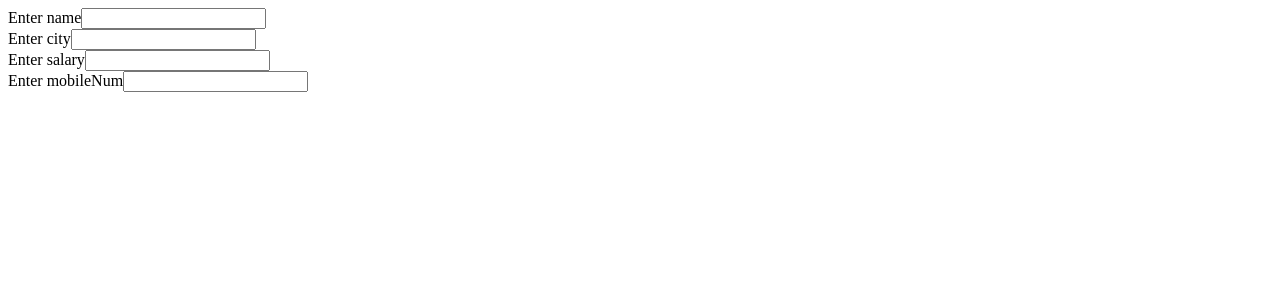
Repository: Kavya-C1/javafulltraning
Page: http://localhost/BasicJspDemo/
An editor plug-in stored every save of this project. The page is shown before and after a run of saves, followed by the edit.
The browser window is 1280 px wide. The pictures show the whole page.
The page is served by Tomcat 9.

Above is the page before, as saved 2024-03-13 07:00:42.

After the next 2 saves:
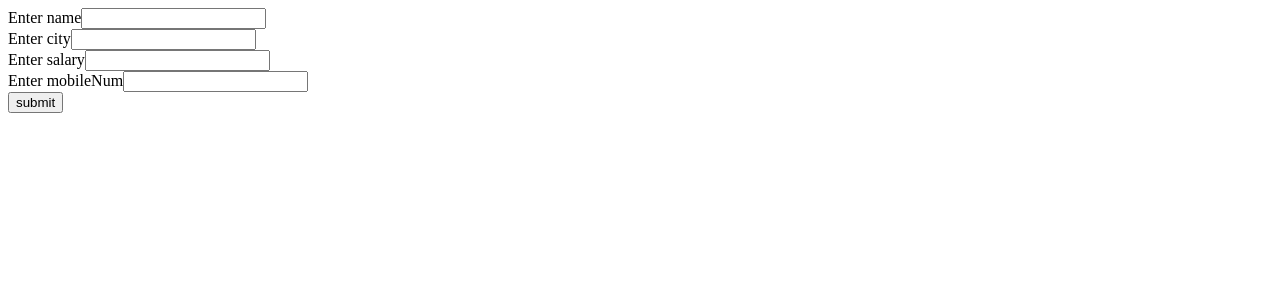
The 2 saves are shown as one change because they came seconds apart.
The last was saved 8 s later.
--- a/Javademos/BasicJspDemo/src/main/webapp/index.jsp
+++ b/Javademos/BasicJspDemo/src/main/webapp/index.jsp
@@ -10,7 +10,8 @@
 Enter name<input type="text" name="employeename"><br>
 Enter city<input type="text" name="city"><br>
 Enter salary<input type="number" name="salary"><br>
-Enter mobileNum<input type="number" name="mobile"
+Enter mobileNum<input type="number" name="mobile"><br>
+
 <input type="submit" value="submit">
 </body>
 </html>
